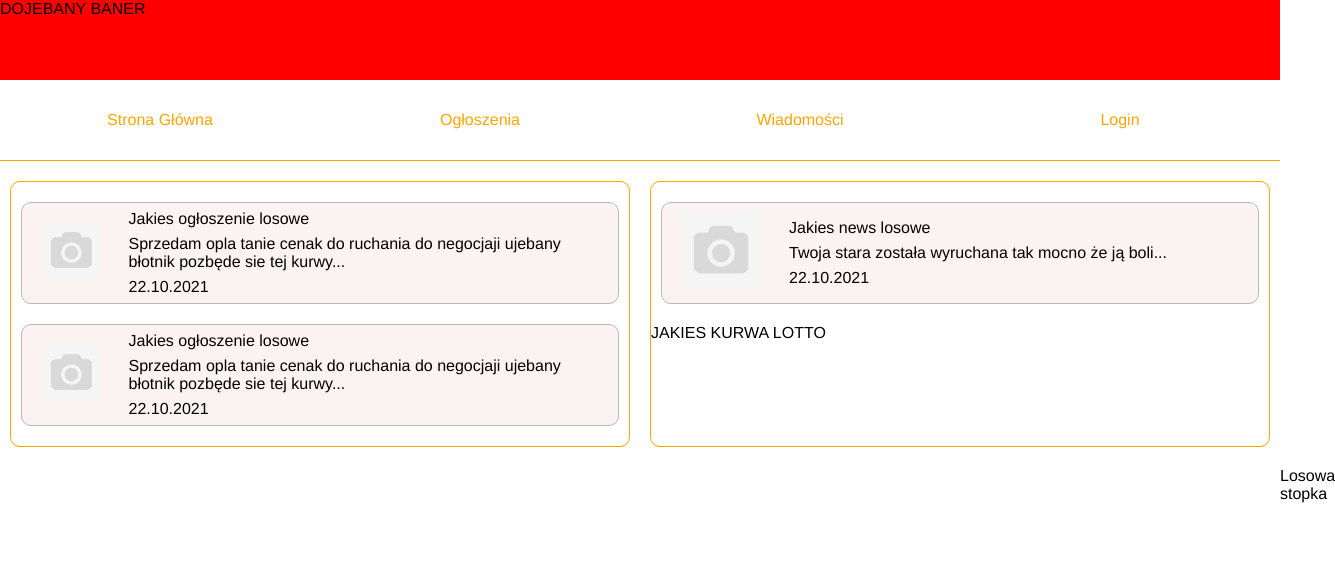
Repository: PatrykStawik/projectppz
Page: /
An editor plug-in stored every save of this project. The page is shown before and after a run of saves, followed by the edit.
The browser window is 1280 px wide. The page is 1335 px wide, then 1280 px, so the pictures cover 1335 px, including what lies to the right of the window. The pictures show the whole page.
The project was rebuilt for these pictures with package versions that can differ from the ones it lists, and the page was loaded fresh each time. The framework's server and built-in components were replaced by stand-ins that run in the browser.

Above is the page before, as saved 2021-05-22 14:12:42.

After the next 3 saves:
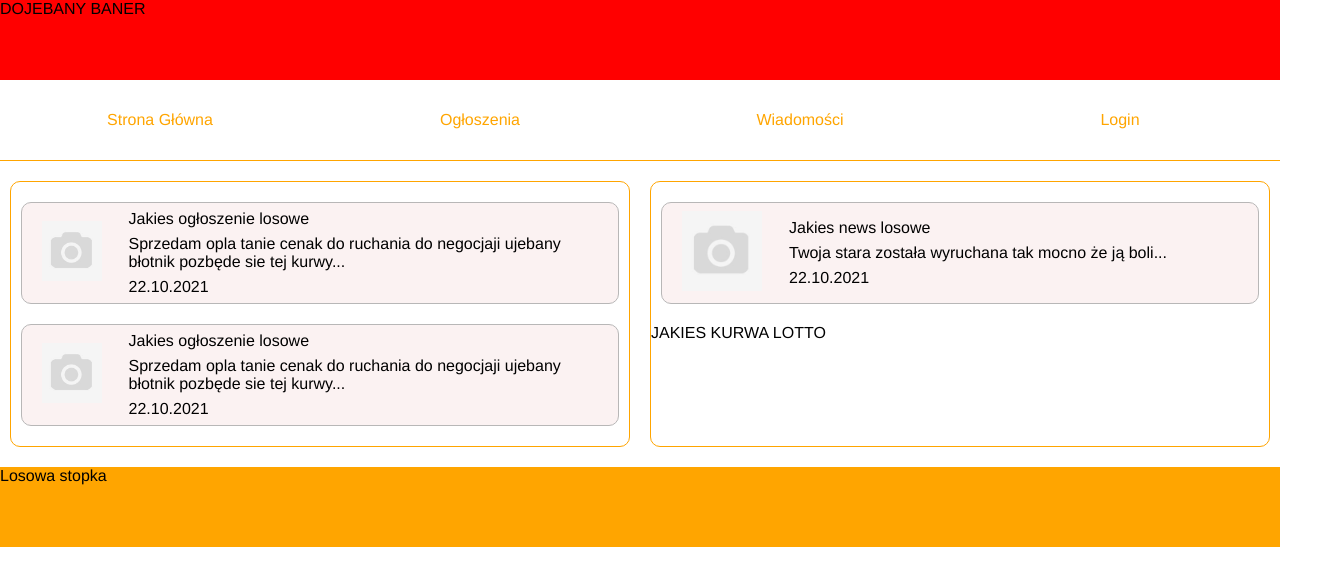
The 3 saves are shown as one change because they came seconds apart.
The last was saved 13 s later.
--- a/components/Footer/Footer.tsx
+++ b/components/Footer/Footer.tsx
@@ -6,8 +6,7 @@ const Wrapper = styled.footer`
     height: 80px;
     background-color: ${colors.orange};
     position: absolute;
-    right: 100%;
-    left: 100%;
+    width 100%;
 `;
 
 export const Footer = () => {
